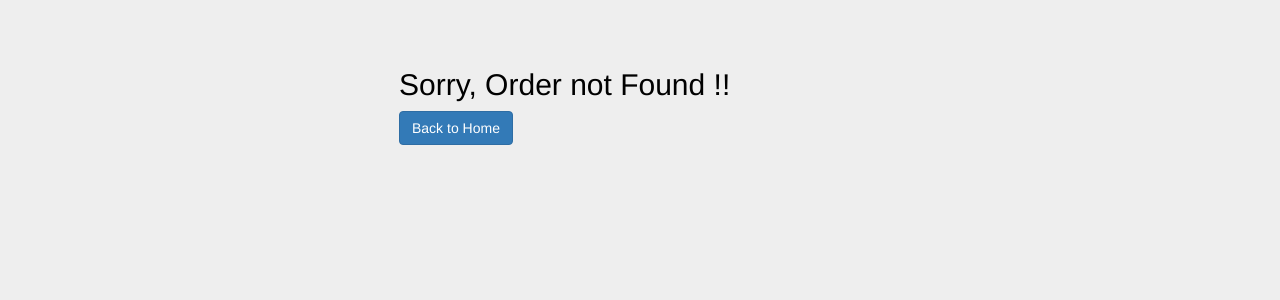
Repository: krutishilp/Sample
Page: JAVA-Eclipse-workspace/productmanagement-webapp/src/main/webapp/WEB-INF/productNotFoundError.html
The author's editor kept a copy of each file at every save. The page is drawn from the files as they stood at one save, then again after the next save.
The browser window is 1280 px wide. The pictures show the whole page.

Above is the page before, as saved 2020-09-04 13:39:37.

### JAVA-Eclipse-workspace/productmanagement-webapp/src/main/webapp/WEB-INF/productNotFoundError.html
<!DOCTYPE html>
<html>
<head>
<meta charset="ISO-8859-1">
<title>Not Found !!</title>
<link rel="stylesheet"
	href="https://maxcdn.bootstrapcdn.com/bootstrap/3.3.7/css/bootstrap.min.css"
	integrity="sha384-BVYiiSIFeK1dGmJRAkycuHAHRg32OmUcww7on3RYdg4Va+PmSTsz/K68vbdEjh4u"
	crossorigin="anonymous">
<style type="text/css">
.container {
	width: 40%;
	align-items: center;
}
</style>
</head>
<body  class="jumbotron">
		<div class="container">
		<h2>Sorry, Order not Found !!</h2>
		<a class="btn btn-primary" href="index.jsp">Back to Home</a>
		</div>
</body>
</html>

After the next save:
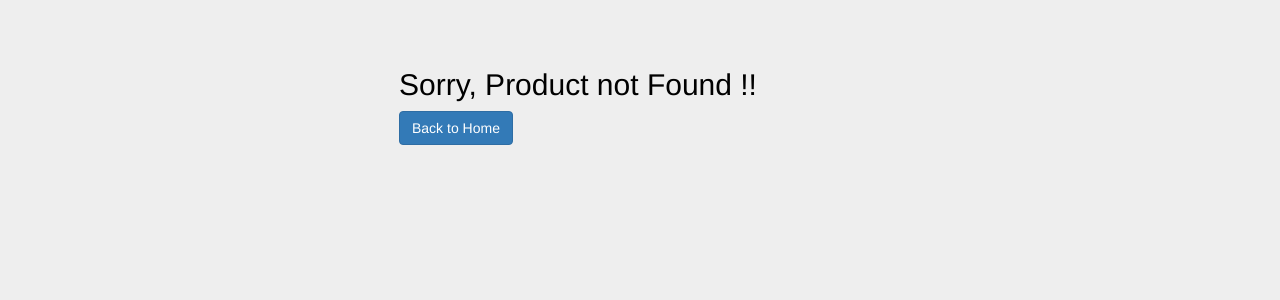
Saved 5 s later.
--- a/JAVA-Eclipse-workspace/productmanagement-webapp/src/main/webapp/WEB-INF/productNotFoundError.html
+++ b/JAVA-Eclipse-workspace/productmanagement-webapp/src/main/webapp/WEB-INF/productNotFoundError.html
@@ -16,7 +16,7 @@
 </head>
 <body  class="jumbotron">
 		<div class="container">
-		<h2>Sorry, Order not Found !!</h2>
+		<h2>Sorry, Product not Found !!</h2>
 		<a class="btn btn-primary" href="index.jsp">Back to Home</a>
 		</div>
 </body>
